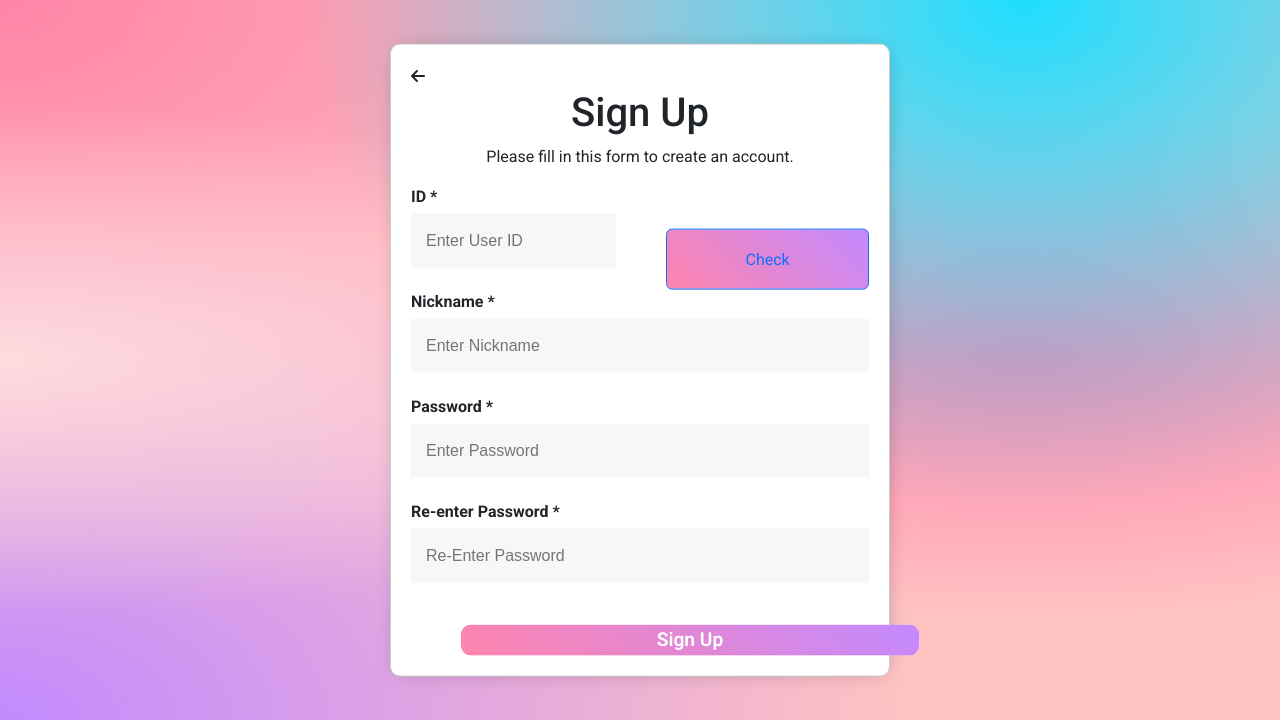
Repository: Jae-yi/JSPMybatis
Page: http://localhost/JspMybatisSub/WEB-INF/views/page/register.jsp
An editor plug-in stored every save of this project. The page is shown before and after the next save, followed by the edit.
The browser window is 1280 px wide. The pictures show the whole page.
Some web fonts or font styles are not loaded; a fallback is used. Some web libraries are served in a nearby version. The page is served by Tomcat 9. Nobody is signed in. Other server files are loaded and not shown. The template is opened directly, without the code that normally fills it, so the values that code supplies are empty.

Above is the page before, as saved 2023-01-31 08:26:16.

### JspMybatisSub/src/main/webapp/WEB-INF/views/page/register.jsp
<%@ page language="java" contentType="text/html; charset=UTF-8"
	pageEncoding="UTF-8"%>
<!DOCTYPE html>
<html>
<%@ include file="../include/style.jsp"%>
<link href="resources/css/register.css" rel="stylesheet" type="text/css">
<head>
<meta charset="UTF-8">
<script src="https://kit.fontawesome.com/3f27d28028.js"
	crossorigin="anonymous"></script>
<script src="https://ajax.aspnetcdn.com/ajax/jQuery/jquery-3.3.1.min.js"></script>
<script>

	// 아이디 중복체크 여부 체크
	var idck = 0;

	$(document).ready(function() {

		//뒤로가기 버튼
		$("#goBack").click(function(e) {
			e.preventDefault();
			history.back();
		})

		// 아이디 중복체크
		$("#duplIdCheck").click(function(e) {
			e.preventDefault();
			duplIdCheck();
		})

		// 회원가입
		$("#submitBtn").click(function(e) {
			e.preventDefault();
			signUp();
		})

	});

	// 비밀번호 일치 여부 확인
	$(function() {
		$("#pwdSuccess").hide();
		$("#pwdFail").hide();
		$("#rePwd").keyup(function() {
			var pwd = $("#pwd").val();
			var rePwd = $("#rePwd").val();
			if (rePwd == "") {
				$("#pwdSuccess").hide();
				$("#pwdFail").hide();
			} else if (pwd != "" || rePwd != "") {
				if (pwd == rePwd) {
					$("#pwdSuccess").show();
					$("#pwdFail").hide();
					$("#rePwd").removeClass("is-invalid")
					$("#submitBtn").removeAttr("disabled");
				} else {
					$("#pwdSuccess").hide();
					$("#pwdFail").show();
					$("#rePwd").addClass("is-invalid")
					$("#submitBtn").attr("disabled", "disabled");
				}
			}
		});
	});

	$(function() {
		$("#pwdSuccess").hide();
		$("#pwdFail").hide();
		$("#pwd").keyup(function() {
			var pwd = $("#pwd").val();
			var rePwd = $("#rePwd").val();
			if (rePwd == "") {
				$("#pwdSuccess").hide();
				$("#pwdFail").hide();
			} else if (pwd != "" || rePwd != "") {
				if (pwd == rePwd) {
					$("#pwdSuccess").show();
					$("#pwdFail").hide();
					$("#rePwd").removeClass("is-invalid")
					$("#submitBtn").removeAttr("disabled");
				} else {
					$("#pwdSuccess").hide();
					$("#pwdFail").show();
					$("#rePwd").addClass("is-invalid")
					$("#submitBtn").attr("disabled", "disabled");
				}
			}
		});
	});

	function duplIdCheck() {
		//비동기 통신 선언 (ajax)
		$.ajax({
			type : "GET",
			url : "/idDuplCheck",
			dataType : "json",
			data : {
				id : $('#id').val(),
			}, //전송할 데이터
			success : function(data) {

				if (data.duplId == true) {
					alert('중복된 아이디입니다. 다른 아이디를 사용해주세요.');
				} else {
					alert('사용가능한 아이디입니다.');
					idck = 1;
				}
			},

		});

	};

	function signUp() {

		if (idck == 0) {
			alert('아이디 중복여부를 체크해주세요.')
		} else {
			//비동기 통신 선언 (ajax)
			$.ajax({
				type : "POST",
				url : "/signUp",
				dataType : "json",
				data : {
					id : $('#id').val(),
					pwd : $('#pwd').val(),
					nickname : $('#nickname').val(),
				}, //전송할 데이터
				success : function(data) {

					if (data.signUp == true) {
						alert('🎉 회원가입에 성공하였습니다! 🎉');
						location.href = "/";

					} else {
						alert('회원가입에 실패하였습니다😭');
					}
				},

			});
		}
	};
</script>
</head>
<body>
	<form>
		<div class="container">
			<i class="fa-sharp fa-solid fa-arrow-left" id="goBack"></i>
			<h1 style="text-align: center">Sign Up</h1>
			<p style="text-align: center">Please fill in this form to create
				an account.</p>

			<label for="email"><b>ID *</b></label>
			<div id ="idInputDiv" style="display:flex">
			<input type="text"
				name="username" id = "id" placeholder="Enter User ID" required>
			<button type="button" class="btn btn-outline-primary" id="duplIdCheck">Check</button>
			</div>
			<label
			for="nickname"><b>Nickname *</b></label>
			<input type="text" id="nickname"
			placeholder="Enter Nickname" name="nickname" required>
			<label
			for="psw"><b>Password *</b></label>
			<input type="password" id="pwd"
			placeholder="Enter Password" name="pwd" required>
			<label
			for="rePwd"><b>Re-enter Password *</b></label>
			 <input type="password" id="rePwd"
			placeholder="Re-Enter Password" name="rePwd" required>
			<span id="pwdFail" style="color:red;"><strong>비밀번호가 일치하지 않습니다.</strong></span>
			<span id="pwdSuccess" style="color:blue;"><strong>비밀번호가 일치합니다.</strong></span>

			<button type="submit" class="submitBtn" id="submitBtn">Sign Up</button>
		</div>
	</form>
</body>
</html>

### JspMybatisSub/src/main/webapp/WEB-INF/views/include/style.jsp
<%@ page language="java" contentType="text/html; charset=UTF-8"
	pageEncoding="UTF-8"%>
<head>
<meta charset="UTF-8">
<title>INTELLIJ2's PROJECT</title>

<!-- Bootstrap : CSS only -->
<link
	href="https://cdn.jsdelivr.net/npm/bootstrap@5.3.0-alpha1/dist/css/bootstrap.min.css"
	rel="stylesheet"
	integrity="sha384-GLhlTQ8iRABdZLl6O3oVMWSktQOp6b7In1Zl3/Jr59b6EGGoI1aFkw7cmDA6j6gD"
	crossorigin="anonymous">
<script
	src="https://cdn.jsdelivr.net/npm/bootstrap@5.3.0-alpha1/dist/js/bootstrap.bundle.min.js"
	integrity="sha384-w76AqPfDkMBDXo30jS1Sgez6pr3x5MlQ1ZAGC+nuZB+EYdgRZgiwxhTBTkF7CXvN"
	crossorigin="anonymous"></script>

<!-- Bootstrap : JavaScript Bundle with Popper -->
<script
	src="https://cdn.jsdelivr.net/npm/@popperjs/core@2.11.6/dist/umd/popper.min.js"
	integrity="sha384-oBqDVmMz9ATKxIep9tiCxS/Z9fNfEXiDAYTujMAeBAsjFuCZSmKbSSUnQlmh/jp3"
	crossorigin="anonymous"></script>
<script
	src="https://cdn.jsdelivr.net/npm/bootstrap@5.3.0-alpha1/dist/js/bootstrap.min.js"
	integrity="sha384-mQ93GR66B00ZXjt0YO5KlohRA5SY2XofN4zfuZxLkoj1gXtW8ANNCe9d5Y3eG5eD"
	crossorigin="anonymous"></script>

<!-- JQuery -->
<script src=https://cdnjs.cloudflare.com/ajax/libs/jquery/3.6.3/jquery.min.js></script>

</head>

### JspMybatisSub/src/main/webapp/resources/css/register.css
@charset "EUC-KR";
@import url('https://fonts.googleapis.com/css2?family=Poppins:wght@400;500;600&family=Roboto+Condensed:wght@700&family=Roboto:wght@300;400;500;600;700&display=swap');

body {
	font-family: 'Roboto', sans-serif;
	background-color:#f7f7f7;
}
* {box-sizing: border-box}

body {
  background-color: #fff9f9;
  min-height: 700px;
  min-width: 700px;
  height: 100vh;
  width: 100vw;
  background-color:hsla(0,100%,88%,1);
  background-image:
radial-gradient(at 80% 0%, hsla(189,100%,56%,1) 0px, transparent 50%),
radial-gradient(at 0% 50%, hsla(355,100%,93%,1) 0px, transparent 50%),
radial-gradient(at 80% 50%, hsla(340,100%,76%,1) 0px, transparent 50%),
radial-gradient(at 0% 100%, hsla(269,100%,77%,1) 0px, transparent 50%),
radial-gradient(at 0% 0%, hsla(343,100%,76%,1) 0px, transparent 50%);
}

/* Add padding to container elements */
.container {
    padding: 20px;
      width:500px;
    position: absolute;
    left: 50%;
    top: 50%;
    transform: translate(-50%, -50%);
      border:1px solid #ccc;
      border-radius:10px;
      background:white;
  -webkit-box-shadow: 2px 1px 21px -9px rgba(0,0,0,0.38);
  -moz-box-shadow: 2px 1px 21px -9px rgba(0,0,0,0.38);
  box-shadow: 2px 1px 21px -9px rgba(0,0,0,0.38);
  }

/* Full-width input fields */
input[type=text], input[type=password] {
  width: 100%;
  padding: 15px;
  margin: 5px 0 22px 0;
  display: inline-block;
  border: none;
  background: #f7f7f7;
	font-family: Montserrat,Arial, Helvetica, sans-serif;
}
select {
  width: 18%;
  padding: 15px;
  margin: 5px 0 22px 0;
  display: inline-block;
  border: none;
  background: #f7f7f7;
	font-family: Montserrat,Arial, Helvetica, sans-serif;
}

input[type=phone] {
  width: 81%;
  padding: 15px;
  margin: 5px 0 22px 0;
  display: inline-block;
  border: none;
  background: #f7f7f7;
}

input[type=text]:focus, input[type=password]:focus, input[type=phone]:focus, select:focus {
  background-color: #ddd;
  outline: none;
}



/* Set a style for all buttons */
button {
  margin-left:50px;
  margin-top:20px;
  border: none;
  width: 100%;
  border-radius: 10px;
  font-size: 1.2rem;
  background-image: linear-gradient(43deg, hsla(340,100%,76%,1) 0%, hsla(269,100%,77%,1) 100%);
  color: white;
  font-weight: 600;
}

button:hover {
  opacity:1;
}


/* Change styles for signup button on extra small screens */
@media screen and (max-width: 300px) {
  .signupbtn {
     width: 100%;
  }
}

.youtubeBtn{
    position: fixed;
    right: 20px;
  transform:translatex(-50%);
    top: 20px;
    cursor: pointer;
    transition: all .3s;
    vertical-align: middle;
    text-align: center;
    display: inline-block;
  background:#000;
  padding:2px 10px;
  border-radius:5px;
}
.youtubeBtn i{
   font-size:20px;
  float:left;
}
.youtubeBtn a{
    color:#ff0000;
    animation: youtubeAnim 1000ms linear infinite;
  float:right;
}
.youtubeBtn a:hover{
  color:#c9110f;
  transition:all .3s ease-in-out;
}
.youtubeBtn i:active{
  transform:scale(.9);
  transition:all .3s ease-in-out;
}
.youtubeBtn span{
    font-family: 'Lato';
    font-weight: bold;
    color: #fff;
    display: block;
    font-size: 12px;
    float: right;
    line-height: 20px;
    padding-left: 5px;

}

@keyframes youtubeAnim{
  0%,100%{
    color:#c9110f;
  }
  50%{
    color:#ff0000;
  }
}

After the next save:
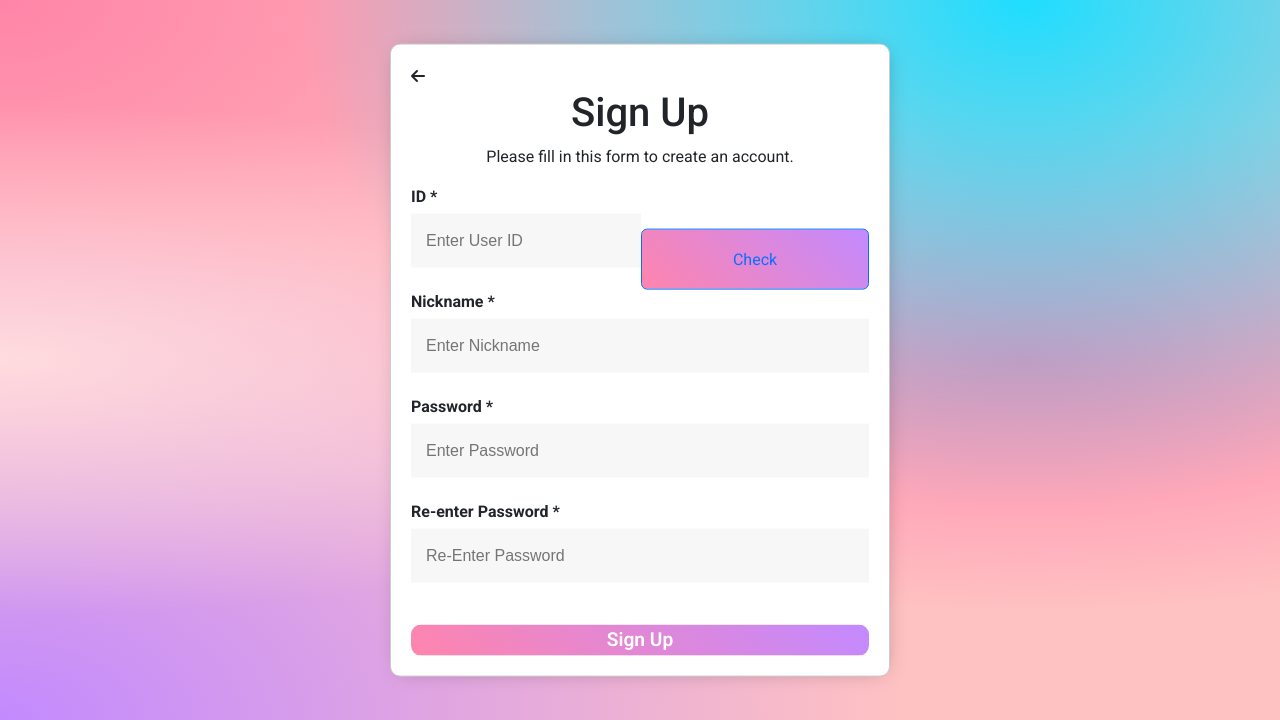
Saved 73 s later.
--- a/JspMybatisSub/src/main/webapp/resources/css/register.css
+++ b/JspMybatisSub/src/main/webapp/resources/css/register.css
@@ -76,7 +76,6 @@ input[type=text]:focus, input[type=password]:focus, input[type=phone]:focus, sel
 
 /* Set a style for all buttons */
 button {
-  margin-left:50px;
   margin-top:20px;
   border: none;
   width: 100%;
